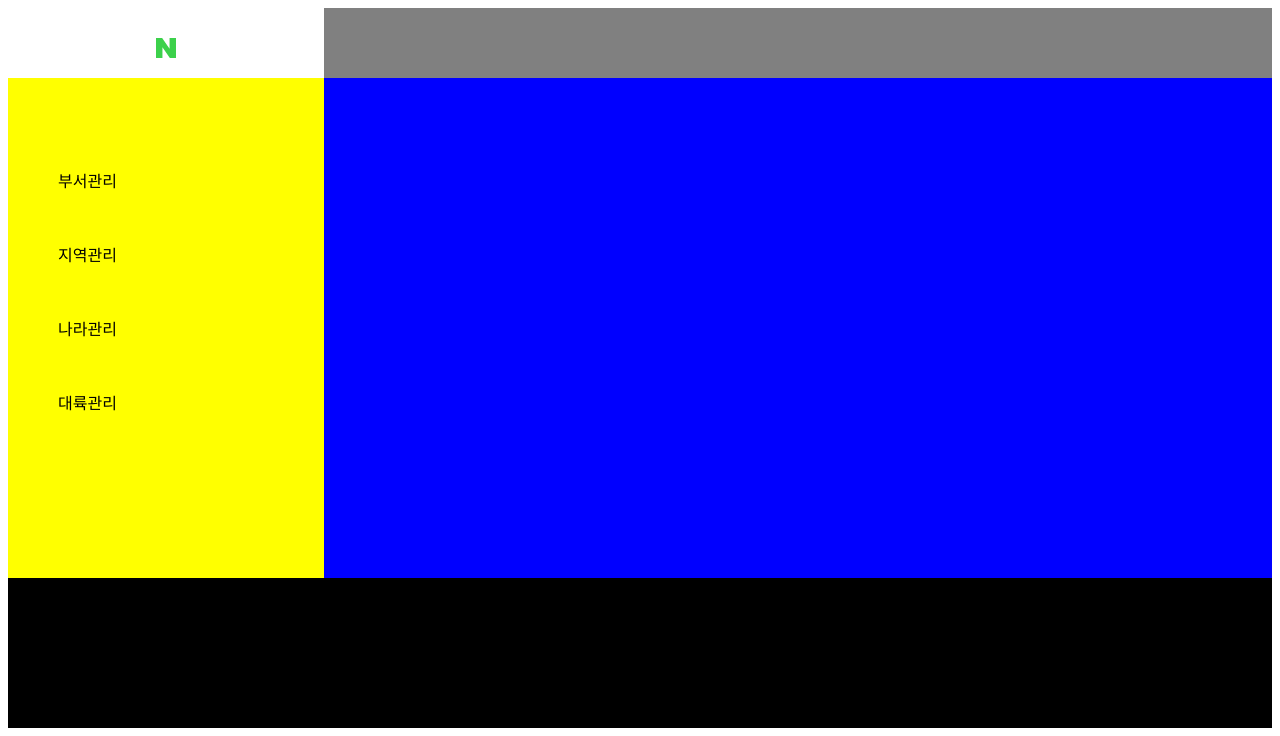
Repository: mireu930/Serverlet_App
Page: src/build/classes/webapp/template/layout.html
An editor plug-in stored every save of this project. The page is shown before and after the next save, followed by the edit.
The browser window is 1280 px wide. The pictures show the whole page.

Above is the page before, as saved 2025-02-07 11:47:45.

After the next save:
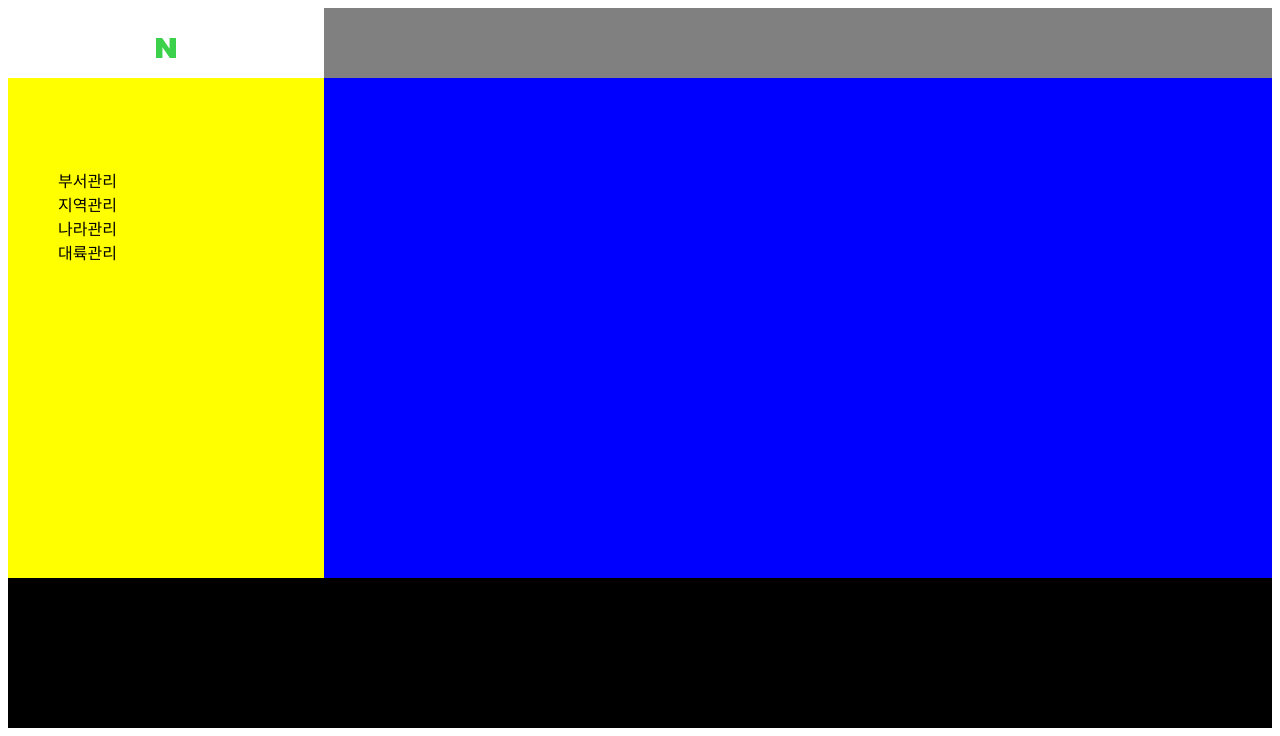
Saved 114 s later.
--- a/src/build/classes/webapp/template/layout.html
+++ b/src/build/classes/webapp/template/layout.html
@@ -59,9 +59,9 @@
   margin: 90px 10px;
 }
 
-.content_left ul li {
+/* .content_left ul li {
   margin: 50px 0;
-}
+} */
 
 .content_right {
   background-color:blue
